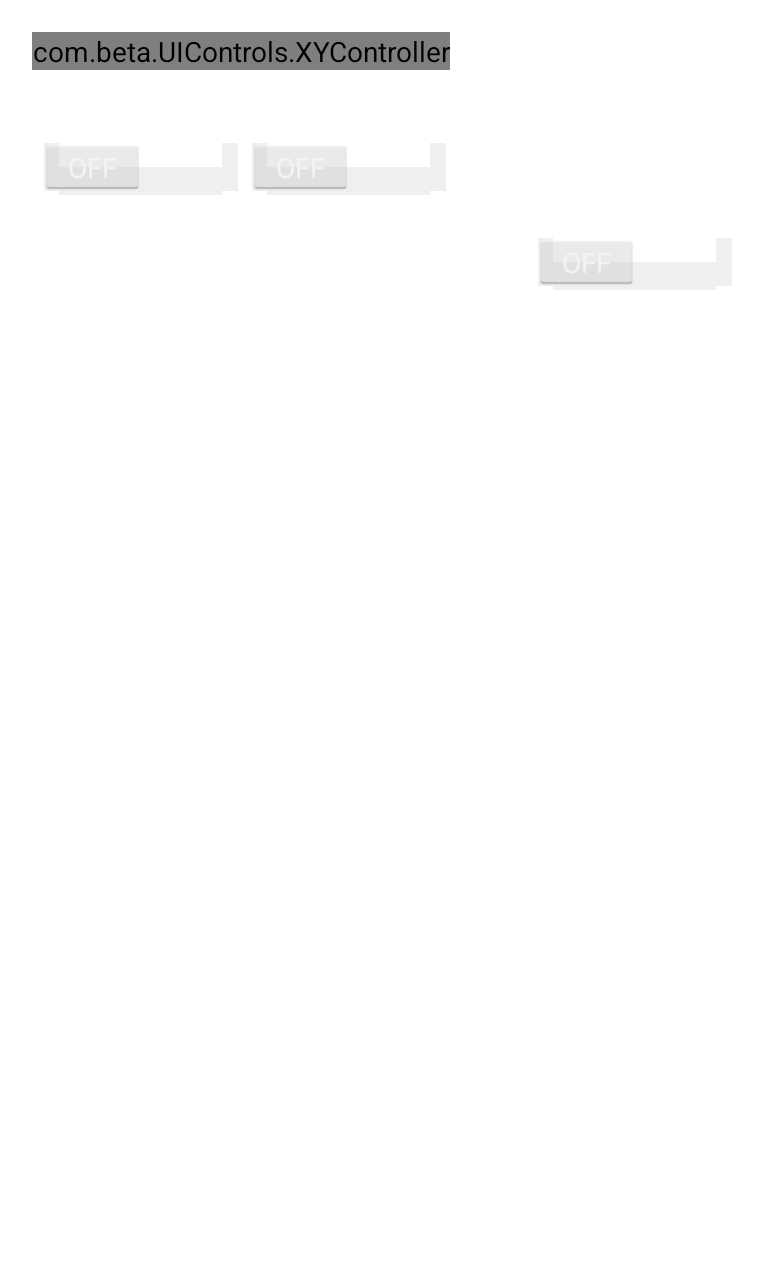
Repository: MIDIeval/MIDIeval
Layout: ImperiusB/MIDIeval/res/layout/test.xml
The author's editor kept a copy of each file at every save. The layout is drawn from the files as they stood at one save, then again after the next save.
Pictures or frames that could not be fetched are drawn as grey boxes. It is drawn on a 768 x 1280 px phone screen (xhdpi) without system bars, with theme AppTheme; the app's code is not run.

Above is the layout before, as saved 2013-09-16 17:42:35.

### ImperiusB/MIDIeval/res/layout/test.xml
<RelativeLayout xmlns:android="http://schemas.android.com/apk/res/android"
    xmlns:tools="http://schemas.android.com/tools"
    xmlns:custom="http://schemas.android.com/apk/res/com.example.xycontroller"
    android:layout_width="wrap_content"
    android:layout_height="wrap_content"
    android:paddingBottom="@dimen/activity_vertical_margin"
    android:paddingLeft="@dimen/activity_horizontal_margin"
    android:paddingRight="@dimen/activity_horizontal_margin"
    android:paddingTop="@dimen/activity_vertical_margin"
    tools:context=".MainActivity" >

    <com.beta.UIControls.XYController
        android:id="@+id/xy_controller"
        android:layout_width="wrap_content"
        android:layout_height="wrap_content" />

    <LinearLayout
        android:layout_below="@+id/xy_controller"
        android:layout_width="wrap_content"
        android:layout_height="wrap_content">
    <Switch
        android:id="@+id/switch1"
        android:layout_width="wrap_content"
        android:layout_height="wrap_content"
        android:layout_alignParentLeft="true"
        android:switchMinWidth = "50dp"
        android:switchPadding="50dp"
        android:minWidth="50dp"
        android:text="X-Var"
        android:layout_weight="1" />

    <Switch
        android:id="@+id/Switch02"
        android:layout_width="wrap_content"
        android:layout_height="wrap_content"
        android:layout_alignParentLeft="true"
        android:layout_below="@id/switch1"
        android:switchMinWidth = "50dp"
        android:switchPadding="50dp"
        android:minWidth="50dp"
        android:text="Y-Var"
        android:layout_weight="1" />
    <Switch
        android:id="@+id/Switch03"
        android:layout_width="wrap_content"
        android:layout_height="wrap_content"
        android:layout_alignParentLeft="true"
        android:layout_below="@id/Switch02"
        android:switchMinWidth = "50dp"
        android:switchPadding="50dp"
        android:minWidth="50dp"
        android:text="Double tap"
        android:layout_weight="1" />
	</LinearLayout>
</RelativeLayout>

Loaded but not shown: ImperiusB/MIDIeval/res/values/styles.xml (common file); ImperiusB/MIDIeval/res/values-v11/styles.xml (common file); ImperiusB/MIDIeval/res/values-v14/styles.xml (common file); ImperiusB/MIDIeval/res/values/dimens.xml (common file)

After the next save:
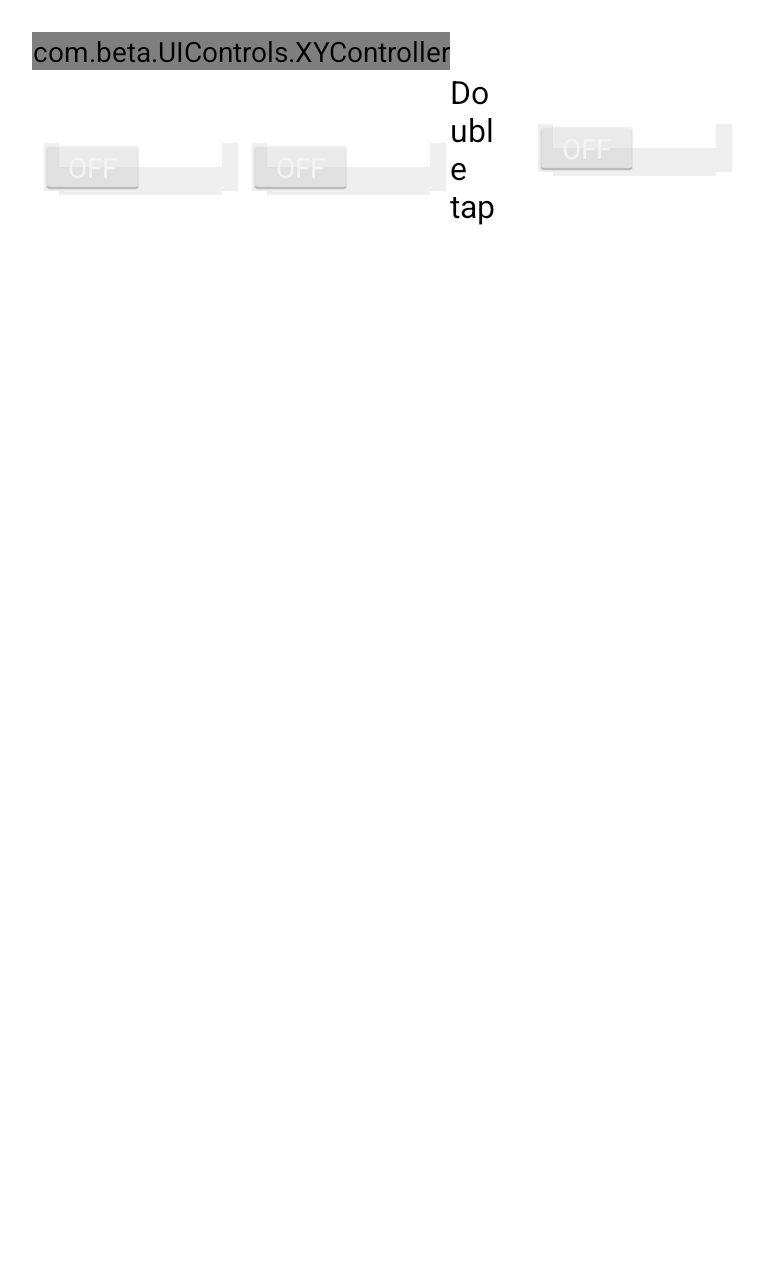
Saved 41 s later.
--- a/ImperiusB/MIDIeval/res/layout/test.xml
+++ b/ImperiusB/MIDIeval/res/layout/test.xml
@@ -24,7 +24,6 @@
         android:layout_height="wrap_content"
         android:layout_alignParentLeft="true"
         android:switchMinWidth = "50dp"
-        android:switchPadding="50dp"
         android:minWidth="50dp"
         android:text="X-Var"
         android:layout_weight="1" />
@@ -36,7 +35,6 @@
         android:layout_alignParentLeft="true"
         android:layout_below="@id/switch1"
         android:switchMinWidth = "50dp"
-        android:switchPadding="50dp"
         android:minWidth="50dp"
         android:text="Y-Var"
         android:layout_weight="1" />
@@ -47,7 +45,6 @@
         android:layout_alignParentLeft="true"
         android:layout_below="@id/Switch02"
         android:switchMinWidth = "50dp"
-        android:switchPadding="50dp"
         android:minWidth="50dp"
         android:text="Double tap"
         android:layout_weight="1" />
